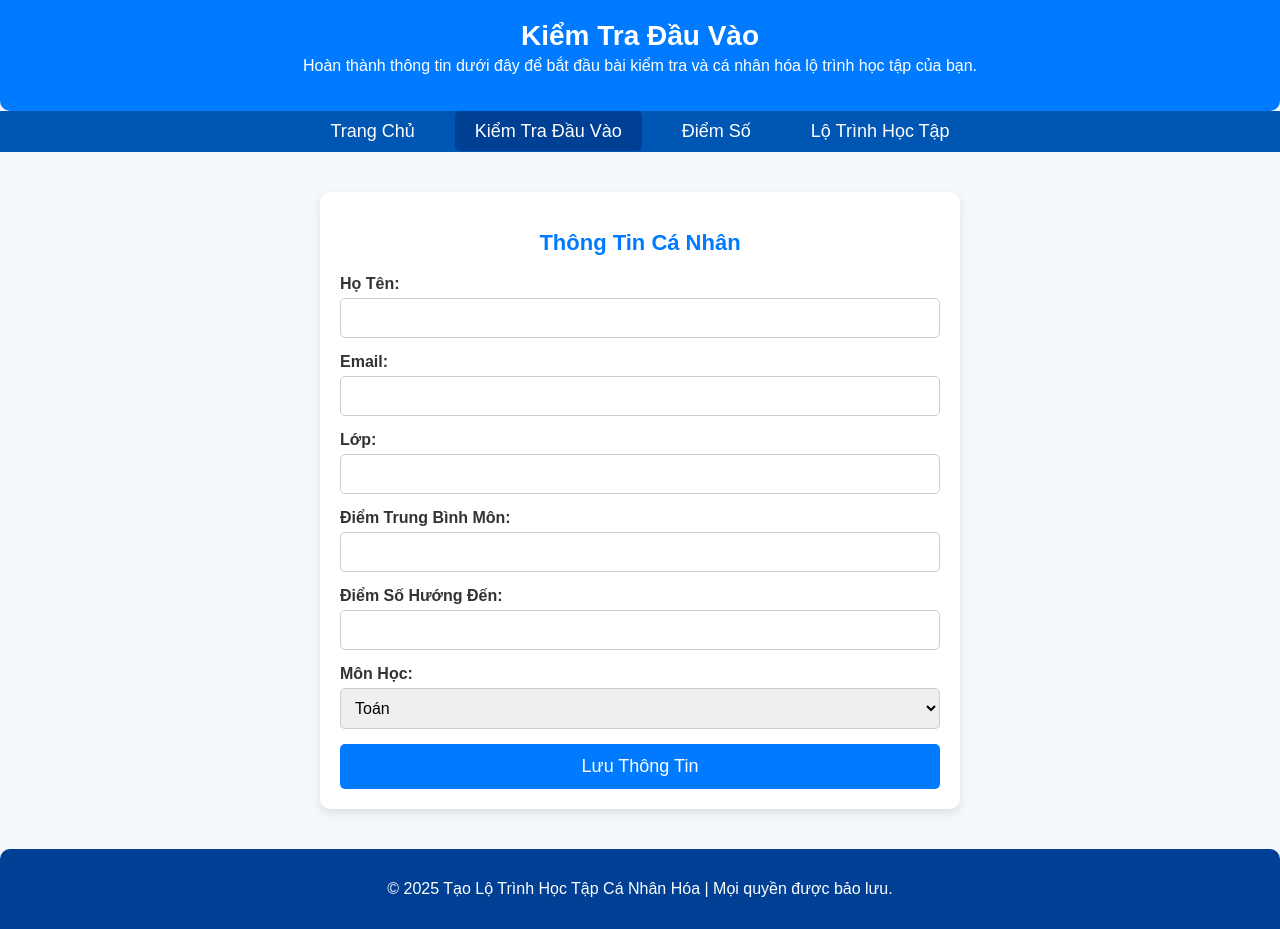
Repository: quankenda73/Prject_Final
Page: INDEX/input-test.html
The author's editor kept a copy of each file at every save. The page is drawn from the files as they stood at one save, then again after the next save.
The browser window is 1280 px wide. The pictures show the whole page.

Above is the page before, as saved 2025-02-24 15:11:36.

After the next save:
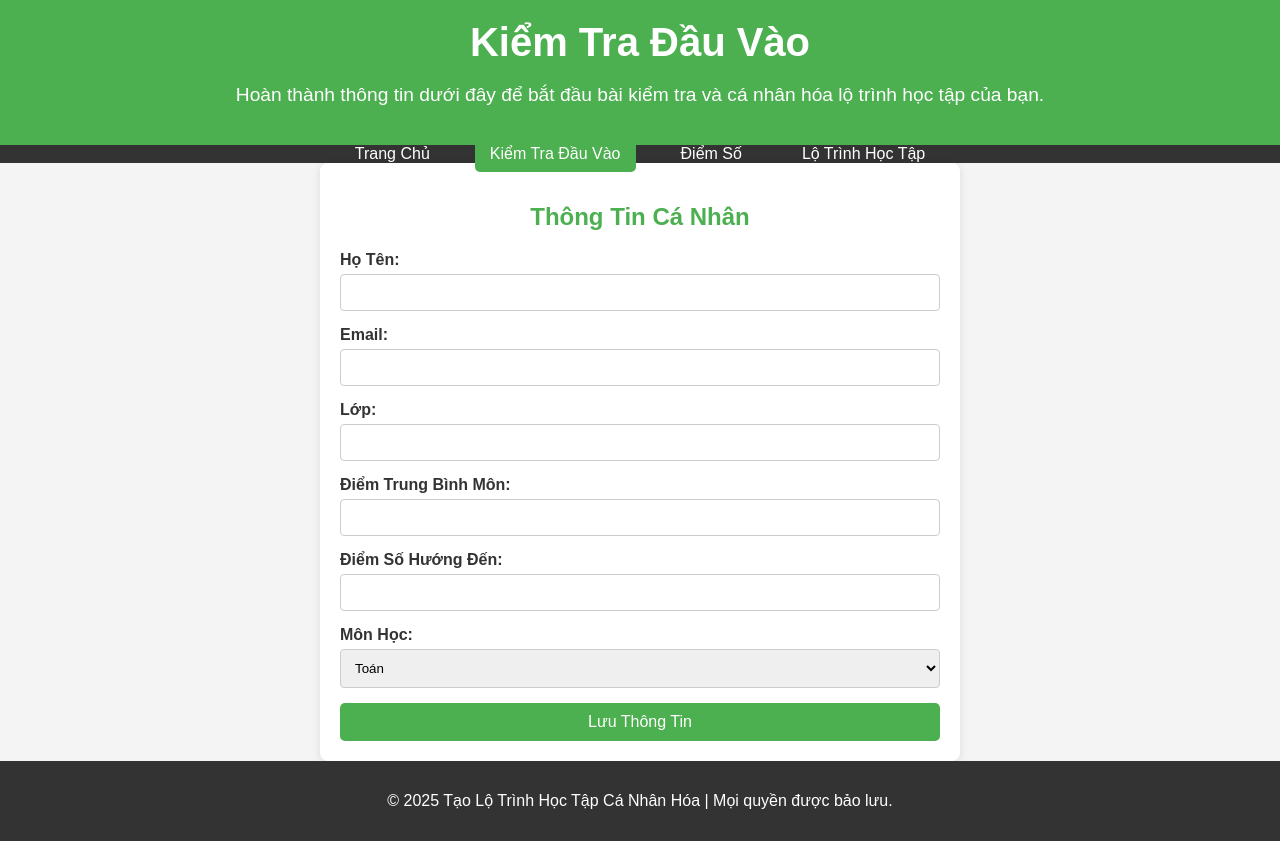
Saved 8 min 13 s later.
--- a/CSS/input_test.css
+++ b/CSS/input_test.css
@@ -1,36 +1,32 @@
-/* Định dạng chung */
+/* input_test.css */
+
 body {
     font-family: Arial, sans-serif;
     margin: 0;
     padding: 0;
-    background-color: #f4f7fc;
+    background-color: #f4f4f4;
     color: #333;
 }
 
-/* Header */
 header {
-    background-color: #007bff;
+    background: #4CAF50;
     color: white;
+    padding: 20px 0;
     text-align: center;
-    padding: 20px;
-    border-radius: 0 0 10px 10px;
 }
 
 .header-container h1 {
     margin: 0;
-    font-size: 28px;
+    font-size: 2.5em;
 }
 
 .header-container p {
-    font-size: 16px;
-    margin-top: 5px;
+    font-size: 1.2em;
 }
 
-/* Thanh điều hướng */
 nav {
-    background-color: #0056b3;
-    padding: 10px 0;
-    text-align: center;
+    background: #333;
+    color: white;
 }
 
 .nav-list {
@@ -39,89 +35,85 @@ nav {
     margin: 0;
     display: flex;
     justify-content: center;
-    gap: 20px;
 }
 
 .nav-list li {
-    display: inline;
+    margin: 0 15px;
 }
 
 .nav-list a {
+    color: white;
     text-decoration: none;
-    color: white;
-    font-size: 18px;
-    padding: 10px 20px;
-    border-radius: 5px;
+    padding: 10px 15px;
     transition: background 0.3s;
 }
 
 .nav-list a:hover,
 .nav-list a.active {
-    background-color: #004094;
+    background: #4CAF50;
+    border-radius: 5px;
 }
 
-/* Nội dung chính */
 main {
+    padding: 20px;
     max-width: 600px;
-    margin: 40px auto;
+    margin: auto;
     background: white;
-    padding: 20px;
-    border-radius: 10px;
-    box-shadow: 0 4px 8px rgba(0, 0, 0, 0.1);
+    border-radius: 8px;
+    box-shadow: 0 2px 10px rgba(0, 0, 0, 0.1);
 }
 
-h2 {
+section h2 {
     text-align: center;
-    color: #007bff;
-    font-size: 22px;
+    color: #4CAF50;
 }
 
-/* Biểu mẫu */
 .form-group {
     margin-bottom: 15px;
 }
 
-label {
-    font-weight: bold;
+.form-group label {
     display: block;
     margin-bottom: 5px;
+    font-weight: bold;
 }
 
-input[type="text"],
-input[type="email"],
-input[type="number"],
-select {
+.form-group input,
+.form-group select {
     width: 100%;
     padding: 10px;
     border: 1px solid #ccc;
-    border-radius: 5px;
-    font-size: 16px;
-    box-sizing: border-box; /* Đảm bảo padding và border không làm tăng chiều rộng */
+    border-radius: 4px;
+    box-sizing: border-box;
 }
 
-/* Định dạng cho nút */
+.form-group input:focus,
+.form-group select:focus {
+    border-color: #4CAF50;
+    outline: none;
+}
+
 .btn {
-    width: 100%;
-    background-color: #007bff;
+    background: #4CAF50;
     color: white;
     border: none;
-    padding: 12px;
-    font-size: 18px;
+    padding: 10px;
     border-radius: 5px;
     cursor: pointer;
-    transition: background 0.3s;
+    font-size: 1em;
+    width: 100%;
 }
 
 .btn:hover {
-    background-color: #0056b3;
+    background: #45a049;
 }
 
-/* Footer */
 footer {
     text-align: center;
-    padding: 15px;
-    background-color: #004094;
+    padding: 15px 0;
+    background: #333;
     color: white;
-    margin-top: 40px;
-    border-radius: 10px 10px 0 0;
+    position: relative;
+    bottom: 0;
+    width: 100%;
 }
